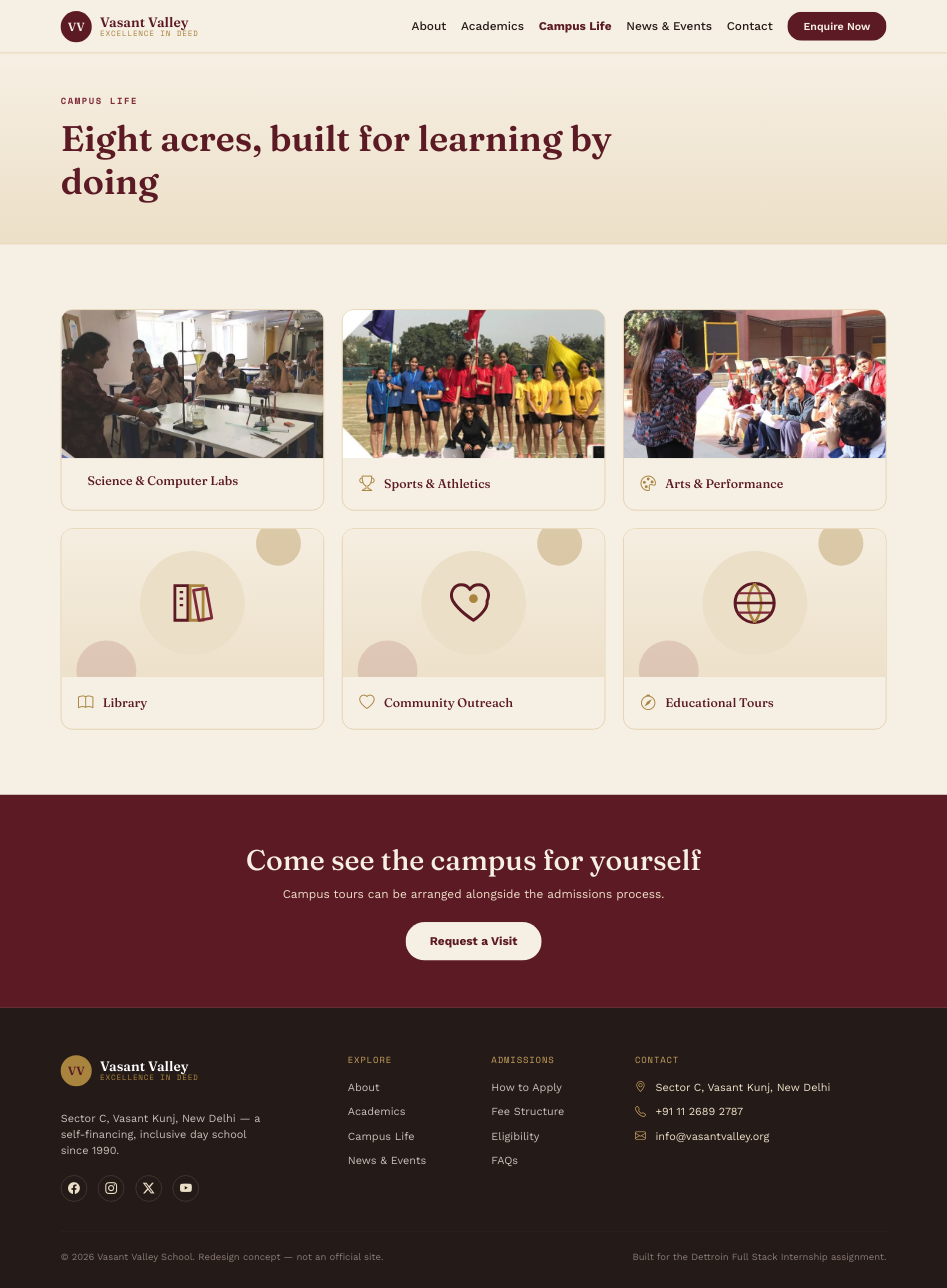
Repository: SanjanaTiwari06/DETTROIN-INT---SchoolWebsite
Page: /campus-life
These files come from the project's save history. The page is drawn as it stood at one moment and after a run of saves; the edit follows.
The browser window is 1280 px wide. The pictures show the whole page, at 74% of full size.
The project was rebuilt for these pictures with package versions that can differ from the ones it lists, and the page was loaded fresh each time. Also part of the build but not shown: vite.config.js, src/pages/Home.jsx, src/pages/About.jsx, src/pages/Academics.jsx, src/pages/News.jsx, src/pages/Contact.jsx, src/pages/NotFound.jsx.

Above is the page before, as saved 2026-07-27 14:03:17.

### index.html
<!doctype html>
<html lang="en">
  <head>
    <meta charset="UTF-8" />
    <link rel="icon" type="image/svg+xml" href="/favicon.svg" />
    <meta name="viewport" content="width=device-width, initial-scale=1.0" />
    <title>Vasant Valley School | Excellence in Deed</title>
    <meta name="description" content="Vasant Valley School, Vasant Kunj, New Delhi — a co-educational day school offering CBSE and IGCSE, built on academic excellence and holistic growth since 1990." />
    <link rel="preconnect" href="https://fonts.googleapis.com">
    <link href="https://fonts.googleapis.com/css2?family=Fraunces:opsz,wght@9..144,400;9..144,500;9..144,600;9..144,700&family=Work+Sans:wght@400;500;600;700&family=Space+Mono:wght@400;700&display=swap" rel="stylesheet">
  </head>
  <body>
    <div id="root"></div>
    <script type="module" src="/src/main.jsx"></script>
  </body>
</html>

### src/main.jsx
import { StrictMode } from "react";
import { createRoot } from "react-dom/client";
import { BrowserRouter } from "react-router-dom";

import "bootstrap/dist/css/bootstrap.min.css";
import "bootstrap-icons/font/bootstrap-icons.css";
import "./index.css";

import App from "./App.jsx";

createRoot(document.getElementById("root")).render(
  <StrictMode>
    <BrowserRouter>
      <App />
    </BrowserRouter>
  </StrictMode>
);

### src/App.jsx
import { Routes, Route } from "react-router-dom";

import SiteNavbar from "./components/SiteNavbar.jsx";
import SiteFooter from "./components/SiteFooter.jsx";
import ScrollToTop from "./components/ScrollToTop.jsx";

import Home from "./pages/Home.jsx";
import About from "./pages/About.jsx";
import Academics from "./pages/Academics.jsx";
import CampusLife from "./pages/CampusLife.jsx";
import News from "./pages/News.jsx";
import Contact from "./pages/Contact.jsx";
import NotFound from "./pages/NotFound.jsx";

function App() {
  return (
    <div className="vvs-app">
      <ScrollToTop />
      <SiteNavbar />
      <main>
        <Routes>
          <Route path="/" element={<Home />} />
          <Route path="/about" element={<About />} />
          <Route path="/academics" element={<Academics />} />
          <Route path="/campus-life" element={<CampusLife />} />
          <Route path="/news" element={<News />} />
          <Route path="/contact" element={<Contact />} />
          <Route path="*" element={<NotFound />} />
        </Routes>
      </main>
      <SiteFooter />
    </div>
  );
}

export default App;

### src/components/SiteNavbar.jsx
import { useEffect, useState } from "react";
import { NavLink } from "react-router-dom";

const links = [
  { to: "/about", label: "About" },
  { to: "/academics", label: "Academics" },
  { to: "/campus-life", label: "Campus Life" },
  { to: "/news", label: "News & Events" },
  { to: "/contact", label: "Contact" },
];

export default function SiteNavbar() {
  const [scrolled, setScrolled] = useState(false);
  const [open, setOpen] = useState(false);

  useEffect(() => {
    const onScroll = () => setScrolled(window.scrollY > 12);
    onScroll();
    window.addEventListener("scroll", onScroll, { passive: true });
    return () => window.removeEventListener("scroll", onScroll);
  }, []);

  return (
    <nav className={`navbar navbar-expand-lg vvs-navbar sticky-top ${scrolled ? "shadow-active" : ""}`}>
      <div className="container">
        <NavLink className="navbar-brand vvs-brand" to="/" onClick={() => setOpen(false)}>
          <span className="vvs-brand-mark">VV</span>
          <span className="vvs-brand-text">
            <span className="vvs-brand-name">Vasant Valley</span>
            <span className="vvs-brand-tag">Excellence in Deed</span>
          </span>
        </NavLink>

        <button
          className="navbar-toggler"
          type="button"
          aria-label="Toggle navigation"
          onClick={() => setOpen((v) => !v)}
        >
          <span className="navbar-toggler-icon"></span>
        </button>

        <div className={`collapse navbar-collapse justify-content-end ${open ? "show" : ""}`}>
          <ul className="navbar-nav align-items-lg-center gap-lg-1">
            {links.map((link) => (
              <li className="nav-item" key={link.to}>
                <NavLink
                  className={({ isActive }) => `nav-link${isActive ? " active" : ""}`}
                  to={link.to}
                  onClick={() => setOpen(false)}
                >
                  {link.label}
                </NavLink>
              </li>
            ))}
            <li className="nav-item ms-lg-2">
              <NavLink className="btn vvs-btn-enquire" to="/contact" onClick={() => setOpen(false)}>
                Enquire Now
              </NavLink>
            </li>
          </ul>
        </div>
      </div>
    </nav>
  );
}

### src/components/SiteFooter.jsx
import { Link } from "react-router-dom";

export default function SiteFooter() {
  return (
    <footer className="vvs-footer">
      <div className="container">
        <div className="row g-5">
          <div className="col-lg-4">
            <Link className="vvs-brand mb-3 d-inline-flex" to="/">
              <span className="vvs-brand-mark vvs-brand-mark-light">VV</span>
              <span className="vvs-brand-text">
                <span className="vvs-brand-name text-white">Vasant Valley</span>
                <span className="vvs-brand-tag">Excellence in Deed</span>
              </span>
            </Link>
            <p className="vvs-footer-text">
              Sector C, Vasant Kunj, New Delhi &mdash; a self-financing, inclusive day
              school since 1990.
            </p>
            <div className="vvs-social">
              <a href="#" aria-label="Facebook"><i className="bi bi-facebook"></i></a>
              <a href="#" aria-label="Instagram"><i className="bi bi-instagram"></i></a>
              <a href="#" aria-label="X"><i className="bi bi-twitter-x"></i></a>
              <a href="#" aria-label="YouTube"><i className="bi bi-youtube"></i></a>
            </div>
          </div>

          <div className="col-lg-2 col-6">
            <h4 className="vvs-footer-heading">Explore</h4>
            <ul className="vvs-footer-links">
              <li><Link to="/about">About</Link></li>
              <li><Link to="/academics">Academics</Link></li>
              <li><Link to="/campus-life">Campus Life</Link></li>
              <li><Link to="/news">News &amp; Events</Link></li>
            </ul>
          </div>

          <div className="col-lg-2 col-6">
            <h4 className="vvs-footer-heading">Admissions</h4>
            <ul className="vvs-footer-links">
              <li><Link to="/contact">How to Apply</Link></li>
              <li><Link to="/contact">Fee Structure</Link></li>
              <li><Link to="/contact">Eligibility</Link></li>
              <li><Link to="/contact">FAQs</Link></li>
            </ul>
          </div>

          <div className="col-lg-4">
            <h4 className="vvs-footer-heading">Contact</h4>
            <ul className="vvs-footer-contact">
              <li><i className="bi bi-geo-alt"></i> Sector C, Vasant Kunj, New Delhi</li>
              <li><i className="bi bi-telephone"></i> +91 11 2689 2787</li>
              <li><i className="bi bi-envelope"></i> info@vasantvalley.org</li>
            </ul>
          </div>
        </div>

        <hr className="vvs-footer-rule" />
        <div className="d-flex flex-column flex-md-row justify-content-between align-items-center gap-2">
          <span className="vvs-footer-copy">
            &copy; 2026 Vasant Valley School. Redesign concept &mdash; not an official site.
          </span>
          <span className="vvs-footer-copy">
            Built for the Dettroin Full Stack Internship assignment.
          </span>
        </div>
      </div>
    </footer>
  );
}

### src/components/ScrollToTop.jsx
import { useEffect } from "react";
import { useLocation } from "react-router-dom";

// Every route in this app is a distinct page, so we scroll to top
// on each navigation instead of relying on in-page anchor scrolling.
export default function ScrollToTop() {
  const { pathname } = useLocation();

  useEffect(() => {
    window.scrollTo(0, 0);
  }, [pathname]);

  return null;
}

### src/pages/CampusLife.jsx
import { Link } from "react-router-dom";

const facilities = [
  { icon: "bi-flask", title: "Science & Computer Labs", image: "/public/images/Science Lab.jpg" },
  { icon: "bi-trophy", title: "Sports & Athletics", image: "/public/images/Soprts.jpg" },
  { icon: "bi-palette", title: "Arts & Performance", image: "/public/images/Art.jpg" },
  { icon: "bi-book", title: "Library", image: "/images/facility-library.svg" },
  { icon: "bi-heart", title: "Community Outreach", image: "/images/facility-outreach.svg" },
  { icon: "bi-compass", title: "Educational Tours", image: "/images/facility-tours.svg" },
];

export default function CampusLife() {
  return (
    <>
      <section className="vvs-page-header">
        <div className="container">
          <p className="vvs-eyebrow">Campus Life</p>
          <h1 className="vvs-h1">Eight acres, built for learning by doing</h1>
        </div>
      </section>

      <section className="vvs-section">
        <div className="container">
          <div className="row g-4">
            {facilities.map((f) => (
              <div className="col-md-6 col-lg-4" key={f.title}>
                <div className="vvs-facility">
                  <img src={f.image} alt={f.title} loading="lazy" />
                  <div className="vvs-facility-body">
                    <i className={`bi ${f.icon}`}></i>
                    <h3>{f.title}</h3>
                  </div>
                </div>
              </div>
            ))}
          </div>
        </div>
      </section>

      <section className="vvs-cta">
        <div className="container text-center">
          <h2 className="vvs-cta-title">Come see the campus for yourself</h2>
          <p className="vvs-cta-sub">Campus tours can be arranged alongside the admissions process.</p>
          <Link to="/contact" className="btn vvs-btn-light">Request a Visit</Link>
        </div>
      </section>
    </>
  );
}

Loaded but not shown: src/index.css (421 lines, source omitted)

After the next 2 saves:
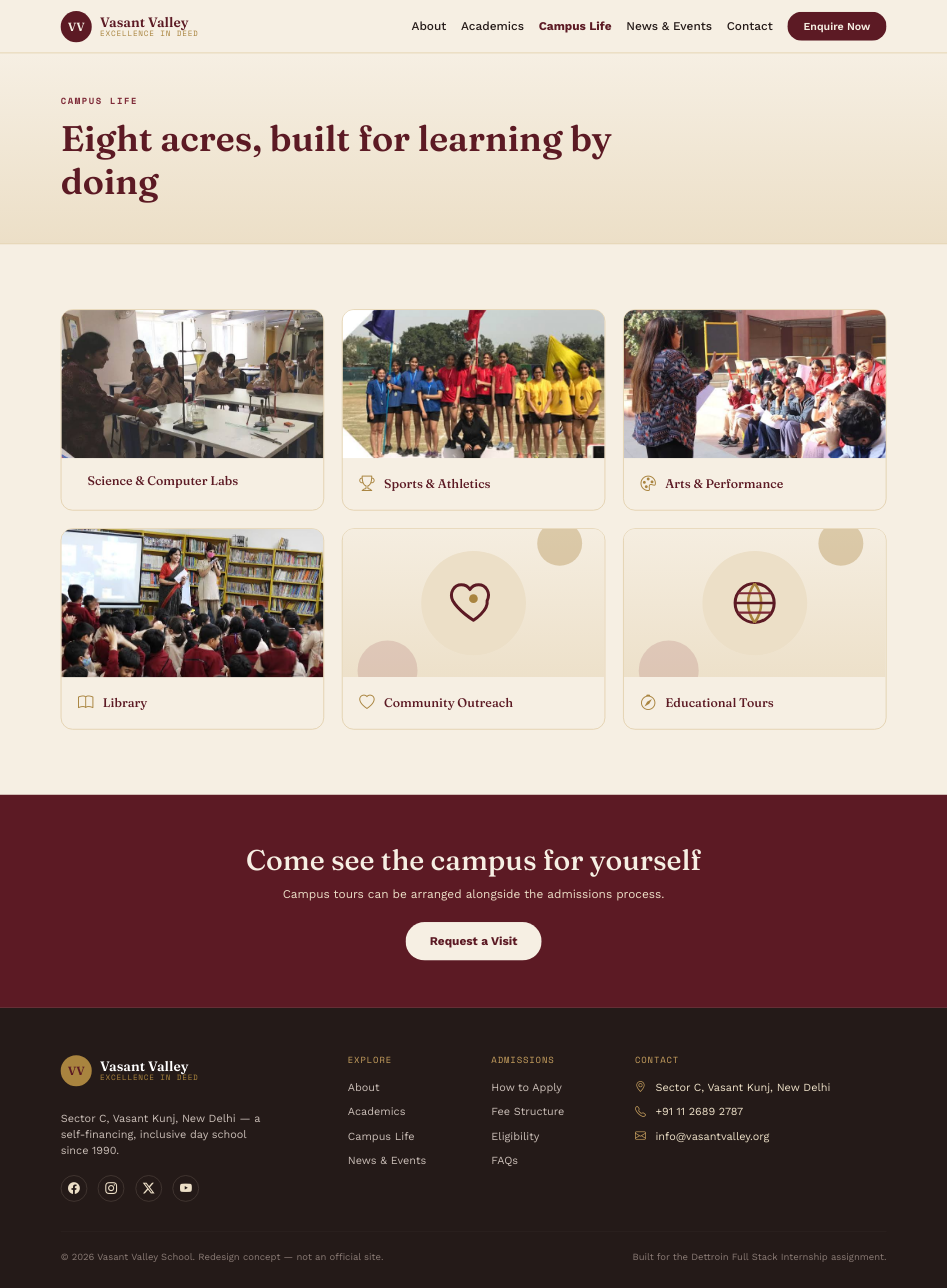
The 2 saves are shown as one change because they came seconds apart.
The last was saved 39 s later.
--- a/src/pages/CampusLife.jsx
+++ b/src/pages/CampusLife.jsx
@@ -4,7 +4,7 @@
   { icon: "bi-flask", title: "Science & Computer Labs", image: "/public/images/Science Lab.jpg" },
   { icon: "bi-trophy", title: "Sports & Athletics", image: "/public/images/Soprts.jpg" },
   { icon: "bi-palette", title: "Arts & Performance", image: "/public/images/Art.jpg" },
-  { icon: "bi-book", title: "Library", image: "/images/facility-library.svg" },
+  { icon: "bi-book", title: "Library", image: "/public/images/Library.jpg" },
   { icon: "bi-heart", title: "Community Outreach", image: "/images/facility-outreach.svg" },
   { icon: "bi-compass", title: "Educational Tours", image: "/images/facility-tours.svg" },
 ];
